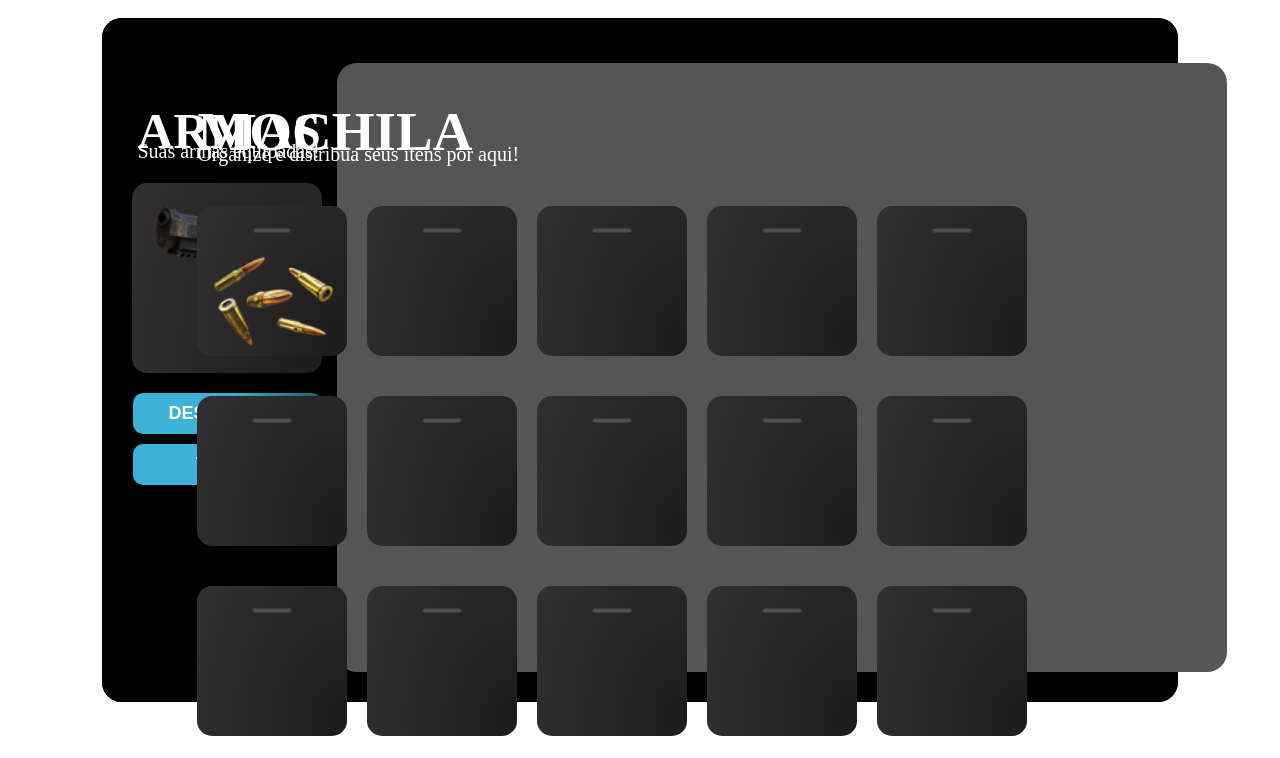
Repository: DuMCorrea/Mochila
Page: index.html
These files come from the project's save history. The page is drawn as it stood at one moment and after the next save; the edit follows.
The browser window is 1280 px wide. The pictures show the whole page.
Some web fonts or font styles are not loaded; a fallback is used.

Above is the page before, as saved 2024-09-02 22:55:15.

### index.html
<!DOCTYPE html>
<html lang="pt-BR">
<head>
    <meta charset="UTF-8">
    <meta name="viewport" content="width=device-width, initial-scale=1.0">
    <link href="https://fonts.googleapis.com/css2?family=Baloo+Bhai+2&display=swap" rel="stylesheet">
    <title>Modelo de Tela</title>
    <link rel="stylesheet" href="styles.css">
</head>
<body>
    <div class="container">
        <div class="background-rectangle">
            <div class="left-div">
                <div class="content-left">
                    <h1>ARMAS</h1>
                    <p>Suas armas equipadas!</p>
                    <div class="image-container">
                        <img src="assets/ARMA.png" alt="Imagem" />
                    </div>
                    <button class="desequipar-btn">DESEQUIPAR</button>
                    <button class="todas">TODAS</button>
                </div>
            </div>
            <div class="right-div">
                <div class="content-right">
                    <h1>MOCHILA</h1>
                    <p>Organize e distribua seus itens por aqui!</p>
                    <div class="squares-container">
                        <div class="square">
                            <img src="assets/traco.png" alt="Imagem" class="square-image-unic">
                            <img src="assets/balas.png" alt="Imagem" class="shots-image">
                        </div>
                        <div class="square">
                            <img src="assets/traco.png" alt="Imagem" class="square-image">
                        </div>
                        <div class="square">
                            <img src="assets/traco.png" alt="Imagem" class="square-image">
                        </div>
                        <div class="square">
                            <img src="assets/traco.png" alt="Imagem" class="square-image">
                        </div>
                        <div class="square">
                            <img src="assets/traco.png" alt="Imagem" class="square-image">
                        </div>
                    </div>
                    <!-- Segunda linha de quadrados -->
                    <div class="squares-container">
                        <div class="square">
                            <img src="assets/traco.png" alt="Imagem" class="square-image">
                        </div>
                        <div class="square">
                            <img src="assets/traco.png" alt="Imagem" class="square-image">
                        </div>
                        <div class="square">
                            <img src="assets/traco.png" alt="Imagem" class="square-image">
                        </div>
                        <div class="square">
                            <img src="assets/traco.png" alt="Imagem" class="square-image">
                        </div>
                        <div class="square">
                            <img src="assets/traco.png" alt="Imagem" class="square-image">
                        </div>
                    </div>

                    <!-- Terceira linha de quadrados -->
                    <div class="squares-container">
                        <div class="square">
                            <img src="assets/traco.png" alt="Imagem" class="square-image">
                        </div>
                        <div class="square">
                            <img src="assets/traco.png" alt="Imagem" class="square-image">
                        </div>
                        <div class="square">
                            <img src="assets/traco.png" alt="Imagem" class="square-image">
                        </div>
                        <div class="square">
                            <img src="assets/traco.png" alt="Imagem" class="square-image">
                        </div>
                        <div class="square">
                            <img src="assets/traco.png" alt="Imagem" class="square-image">
                        </div>
                    </div>
                </div>
            </div>
        </div>
    </div>
</body>
</html>

### styles.css
body, html {
    margin: 0;
    padding: 0;
    width: 100%;
    height: 100%;
    display: flex;
    justify-content: center;
    align-items: center;
    background-color: white; /* Fundo preto para o body */
    font-family: 'Baloo Bhai 2', cursive; /* Aplicando a fonte Baloo Bhai */
}

.container {
    width: 84%; /* Largura da div principal */
    height: 95%; /* Altura da div principal */
    display: flex;
    justify-content: center;
    align-items: center;
    background-color: #000000; /* Fundo preto para a div principal */
    border-radius: 20px; /* Canto arredondado */
    font-family: 'Baloo Bhai 2', cursive; /* Aplicando a fonte Baloo Bhai */
}

.background-rectangle {
    width: 100%;
    height: 100%;
    background: #000000; /* Fundo preto para o retângulo principal */
    border-radius: 20px; /* Cantos arredondados */
    display: flex;
}

.left-div {
    width: 22%; /* 25% da largura da tela */
    height: 100%;
    background-color: #000000; /* Fundo preto para a div esquerda */
    display: flex;
    justify-content: center;
    align-items: center;
    border-radius: 20px 0 0 20px; /* Canto arredondado à esquerda */
    font-family: 'Baloo Bhai 2', cursive; /* Aplicando a fonte Baloo Bhai */
}

.right-div {
    width: calc(110% - 20px); /* 73% da largura da tela menos a margem */
    height: calc(92% - 20px); /* 95% da altura menos a margem */
    background-color: #555555; /* Fundo cinza para a div direita */
    display: flex;
    justify-content: center;
    align-items: center;
    margin: 45px; /* Margem em torno da div da direita */
    border-radius: 20px; /* Cantos arredondados */
    font-family: 'Baloo Bhai 2', cursive; /* Aplicando a fonte Baloo Bhai */
}


/* DIV DA ESQUERDA */

.content-left {
    text-align: justify; /* Justifica o texto */
    display: flex;
    flex-direction: column;
    justify-content: flex-start; /* Alinha os elementos ao topo da div */
    align-items: center; /* Centraliza horizontalmente */
    height: 100%; /* Ocupa toda a altura da div esquerda */
    padding-top: 100px; /* Adiciona um espaçamento do topo */
}

.left-div h1 {
    color: white; /* Cor branca para o título */
    font-size: 50px; /* Tamanho da fonte do título */
    margin-bottom: -20px; /* Espaçamento negativo para aproximar o parágrafo */
    font-weight: 900;
    width: 100%; /* Para garantir que a justificação funcione */
    text-align: justify; /* Justifica o texto do título */
    position: relative;
    left: 35px;
}

.left-div p {
    color: white; /* Cor branca para a frase */
    font-size: 20px; /* Tamanho da fonte da frase */
    margin-top: 0; /* Remove a margem superior do parágrafo */
    width: 100%; /* Para garantir que a justificação funcione */
    text-align: justify; /* Justifica o texto da frase */
    font-weight: 100;
    position: relative;
    left: 35px;
}

.image-container {
    width: 190px; /* Largura do quadrado */
    height: 190px; /* Altura do quadrado */
    background: radial-gradient(547.21% 823.76% at 94.51% 88.04%, #1D1C1C 0%, #837E7E 100%); /* Fundo com gradiente */
    border-radius: 15px; /* Borda arredondada */
    display: flex;
    justify-content: center;
    align-items: center;
    margin-top: 0px; /* Espaçamento acima da imagem */
    position: relative;
    left: 30px;
}

.image-container img {
    width: 85%; /* Ajusta o tamanho da imagem para caber no container */
    height: 85%; /* Ajusta o tamanho da imagem para caber no container */
    border-radius: 15px; /* Borda arredondada da imagem para combinar com o container */
}

.desequipar-btn {
    margin-top: 20px; /* Espaçamento acima do botão */
    padding: 10px 20px; /* Espaçamento interno do botão */
    background: linear-gradient(90deg, #3CB3D6 49.9%, #1F5E70 100%); /* Fundo com gradiente */
    color: white; /* Cor do texto */
    font-size: 18px; /* Tamanho da fonte */
    font-weight: bold; /* Negrito no texto */
    border: none; /* Remove a borda padrão do botão */
    border-radius: 10px; /* Bordas arredondadas */
    cursor: pointer; /* Cursor de ponteiro ao passar o mouse */
    text-align: center; /* Centraliza o texto no botão */
    width: 189px; /* Largura do botão */
    position: relative;
    left: 30px;
}

.todas {
    margin-top: 10px; /* Espaçamento acima do botão */
    padding: 10px 20px; /* Espaçamento interno do botão */
    background: linear-gradient(90deg, #3CB3D6 49.9%, #1F5E70 100%); /* Fundo com gradiente */
    color: white; /* Cor do texto */
    font-size: 18px; /* Tamanho da fonte */
    font-weight: bold; /* Negrito no texto */
    border: none; /* Remove a borda padrão do botão */
    border-radius: 10px; /* Bordas arredondadas */
    cursor: pointer; /* Cursor de ponteiro ao passar o mouse */
    text-align: center; /* Centraliza o texto no botão */
    width: 189px; /* Largura do botão */
    position: relative;
    left: 30px;
}


/* DIV DA DIREITA */


.content-right {
    display: flex;
    flex-direction: column;
    justify-content: flex-start; /* Alinha os elementos ao topo da div */
    align-items: flex-start; /* Alinha os elementos à esquerda */
    height: 100%; /* Ocupa toda a altura da div direita */
    padding: 20px; /* Adiciona um espaçamento interno */
}

.right-div h1 {
    color: white; /* Cor branca para o título */
    font-size: 55px; /* Tamanho da fonte do título */
    margin-bottom: -20px; /* Espaçamento negativo para aproximar o parágrafo */
    font-weight: 900;
    width: 100%; /* Para garantir que a justificação funcione */
    text-align: left; /* Alinha o texto à esquerda */
    position: relative; /* Posicionamento relativo para o elemento abaixo */
    right: 160px;
}

.right-div p {
    color: white; /* Cor branca para a frase */
    font-size: 20px; /* Tamanho da fonte da frase */
    margin-top: 0; /* Remove a margem superior do parágrafo */
    width: 100%; /* Para garantir que a justificação funcione */
    text-align: left; /* Alinha o texto à esquerda */
    font-weight: 100;
    position: relative; /* Posicionamento relativo para o elemento abaixo */
    right: 160px;
}

.squares-container {
    display: flex; /* Exibe os quadrados em linha */
    justify-content: center; /* Centraliza os quadrados horizontalmente */
    align-items: center; /* Centraliza os quadrados verticalmente */
    margin-top: 20px; /* Espaçamento acima de cada linha de quadrados */
    width: 100%; /* Largura total para o contêiner */
    height: 50%; /* Altura do contêiner */
    position: relative;
    right: 170px;
}

.square {
    width: 150px; /* Largura dos quadrados */
    height: 150px; /* Altura dos quadrados */
    background: radial-gradient(547.21% 823.76% at 94.51% 88.04%, #1D1C1C 0%, #837E7E 100%); /* Gradiente de fundo */
    border-radius: 15px; /* Bordas arredondadas */
    margin: 0 10px 20px 10px; /* Espaçamento entre os quadrados e entre as linhas */
    display: flex;
    justify-content: center; /* Centraliza horizontalmente o conteúdo */
    align-items: center; /* Centraliza verticalmente o conteúdo */
}

.square-image {
    width: 40px; /* Tamanho da imagem dentro dos quadrados */
    height: 5px;
    position: relative;
    bottom: 50px;
}

.square-image-unic {
    width: 40px; /* Tamanho da imagem dentro dos quadrados */
    height: 5px;
    position: relative;
    bottom: 50px;
    left: 67px;
}

.shots-image {
    width: 90%; /* Tamanho da imagem dentro dos quadrados */
    height: 60%;
    position: relative;
    top: 20px;
    right: 20px;
}

After the next save:
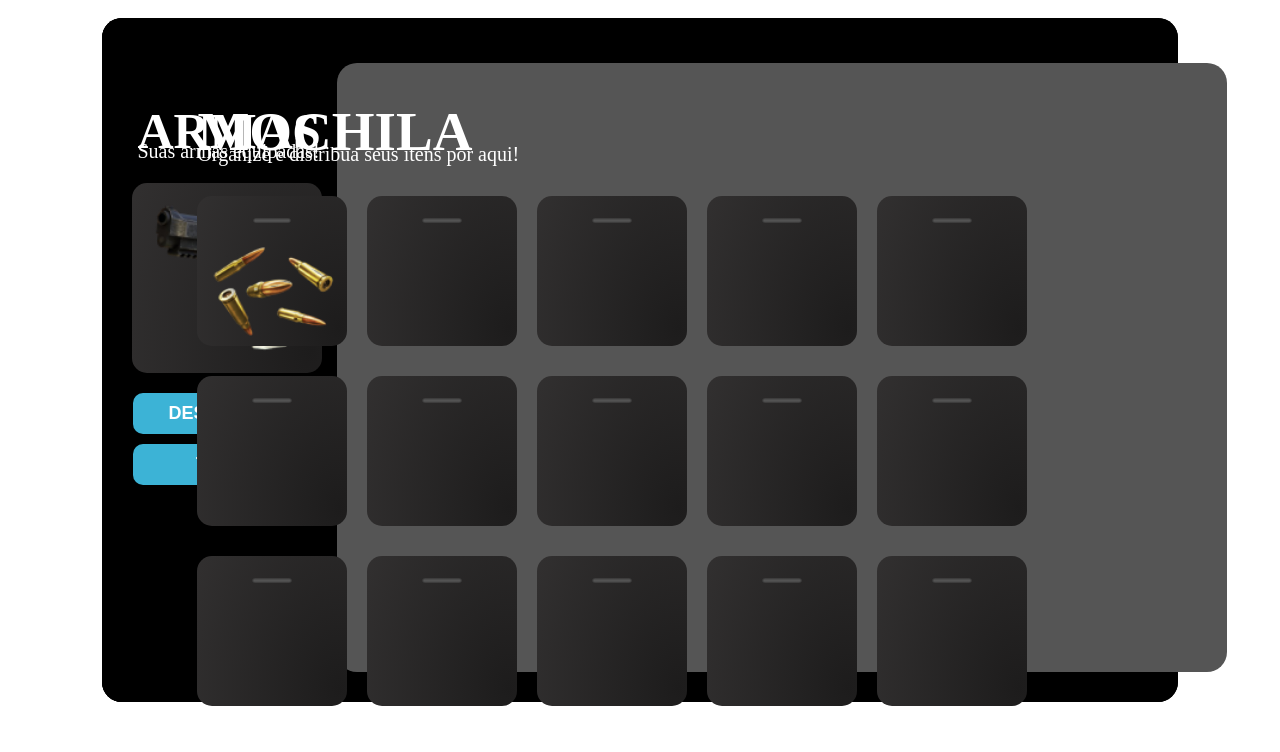
Saved 51 s later.
--- a/styles.css
+++ b/styles.css
@@ -177,7 +177,7 @@ body, html {
     display: flex; /* Exibe os quadrados em linha */
     justify-content: center; /* Centraliza os quadrados horizontalmente */
     align-items: center; /* Centraliza os quadrados verticalmente */
-    margin-top: 20px; /* Espaçamento acima de cada linha de quadrados */
+    margin-top: 10px; /* Espaçamento acima de cada linha de quadrados */
     width: 100%; /* Largura total para o contêiner */
     height: 50%; /* Altura do contêiner */
     position: relative;
